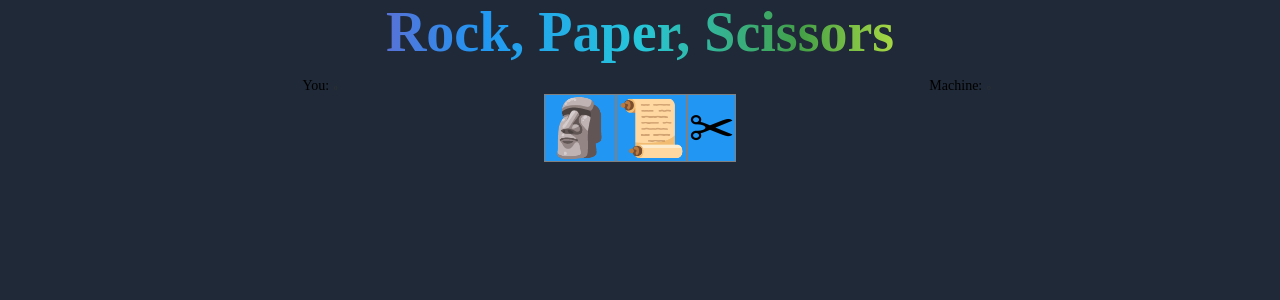
Repository: dung8466/RPS
Page: index.html
The author's editor kept a copy of each file at every save. The page is drawn from the files as they stood at one save, then again after the next save.
The browser window is 1280 px wide. The pictures show the whole page.

Above is the page before, as saved 2022-07-01 21:38:47.

### index.html
<!DOCTYPE html>
<html lang="en">
<head>
    <meta charset="UTF-8">
    <meta http-equiv="X-UA-Compatible" content="IE=edge">
    <meta name="viewport" content="width=device-width, initial-scale=1.0">
    <title>Fun Game</title>
    <link rel="stylesheet" href="style.css">
    <script src="script.js" defer></script>
</head>
<body>
    <h1 class="header">
        Rock, Paper, Scissors
    </h1>
    <div class="results flex-box">
        <div class="player-result">
            You: <span class="result-score" data-your-score>0</span>
        </div>
        <div class="machine-result" data-final-column>
            Machine: <span class="result-score" data-computer-score>0</span>
        </div>
    </div>
    <div class="selections">
        <button class="selection" data-selection="rock">🗿</button>
        <button class="selection" data-selection="paper">📜</button>
        <button class="selection" data-selection="scissors">✂</button>
    </div>
</body>
</html>

### style.css
*{
    font-family: 'Times New Roman', Times, serif;
    font-size: 14px;
    margin: 0;
    padding: 0;
    background-color: #1f2937;
}
.header{
    font-size: 4em;
    font-weight: bold;
    background: linear-gradient(to right, #ef5350, #f48fb1, #7e57c2, #2196f3, #26c6da, #43a047, #eeff41, #f9a825, #ff5722);
    -webkit-background-clip: text;
    -webkit-text-fill-color: transparent;
    text-align: center;
}
.selections {
    display: flex;
    justify-content: center;
  }

  .selection {
    background-color: #2196f3;
    border: solid 1px gray;
    cursor: pointer;
    font-size: 4rem;
    transition: 100ms;
  }

  .selection:hover {
    transform: scale(1.2);
  }

  .results {
    margin-top: 1rem;
    display: grid;
    justify-content: center;
    grid-template-columns: repeat(2, 1fr);
    justify-items: center;
    align-items: center;
  }

  .result-score {
    margin-left: .1rem;
    font-size: .5rem;
    color: #333;
  }

  .result-selection {
    opacity: .5;
  }

  .result-selection.winner {
    opacity: 1;
    font-size: 1.5rem;
  }

### script.js
const SELECTIONS = [
    {
        name: 'rock',
        emoji: '🗿',
        beats: 'scissors',
    },
    {
        name: 'paper',
        emoji: '📜',
        beats: 'rock',
    },
    {
        name: 'scissors',
        emoji: '✂',
        beats: 'paper',
    }
]
const selectionButtons = document.querySelectorAll('[data-selection]')
const finalColumn = document.querySelector('[data-final-column]')
const computerScoreSpan = document.querySelector('[data-computer-score]')
const yourScoreSpan = document.querySelector('[data-your-score]')
selectionButtons.forEach(selectionButton => {
  selectionButton.addEventListener('click', e => {
    const selectionName = selectionButton.dataset.selection
    const selection = SELECTIONS.find(selection => selection.name === selectionName)
    makeSelection(selection)
  })
})

function makeSelection(selection) {
  const computerSelection = randomSelection()
  const yourWinner = isWinner(selection, computerSelection)
  const computerWinner = isWinner(computerSelection, selection)

  addSelectionResult(computerSelection, computerWinner)
  addSelectionResult(selection, yourWinner)

  if (yourWinner) incrementScore(yourScoreSpan)
  if (computerWinner) incrementScore(computerScoreSpan)
}

function incrementScore(scoreSpan) {
  scoreSpan.innerText = parseInt(scoreSpan.innerText) + 1
}

function addSelectionResult(selection, winner) {
  const div = document.createElement('div')
  div.innerText = selection.emoji
  div.classList.add('result-selection')
  if (winner) div.classList.add('winner')
  finalColumn.after(div)
}

function isWinner(selection, opponentSelection) {
  return selection.beats === opponentSelection.name
}

function randomSelection() {
  const randomIndex = Math.floor(Math.random() * SELECTIONS.length)
  return SELECTIONS[randomIndex]
}

After the next save:
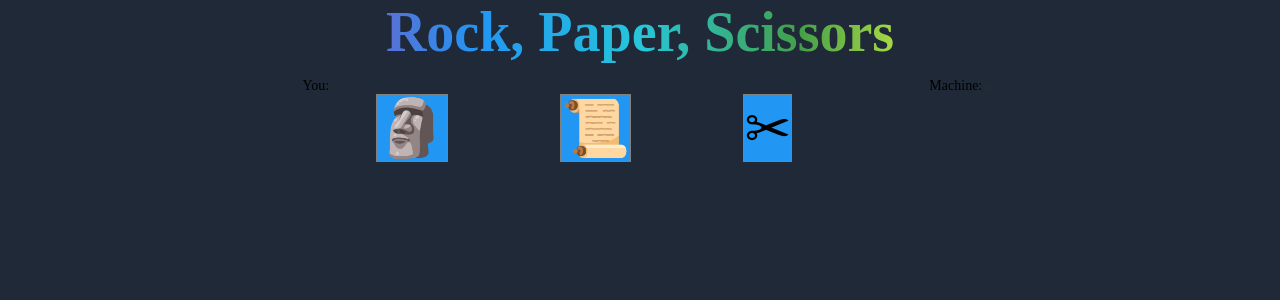
Saved 24 s later.
--- a/style.css
+++ b/style.css
@@ -24,6 +24,7 @@
     cursor: pointer;
     font-size: 4rem;
     transition: 100ms;
+    margin-right: 2em;
   }
 
   .selection:hover {
